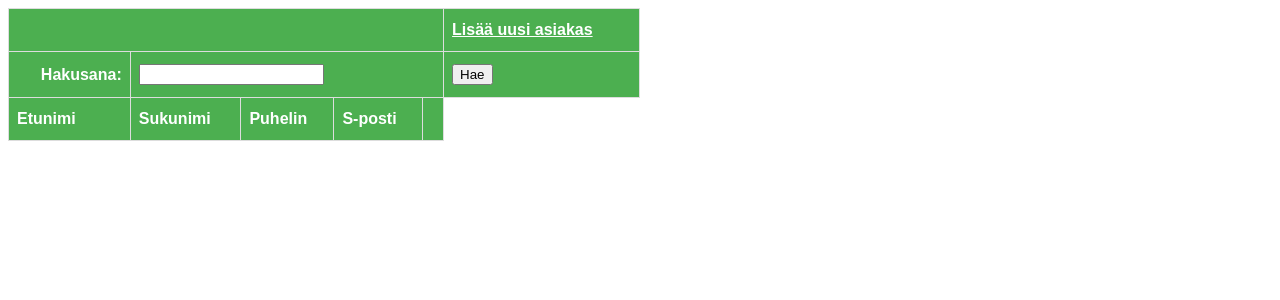
Repository: Lateh13/Asiakkaat
Page: http://localhost/Asiakkaat/listaaasiakkaat.jsp
The author's editor kept a copy of each file at every save. The page is drawn from the files as they stood at one save, then again after the next save.
The browser window is 1280 px wide. The pictures show the whole page.
The page is served by Tomcat 9. Queries for data that is not in the repository find no rows.

Above is the page before, as saved 2020-05-16 17:30:01.

After the next save:
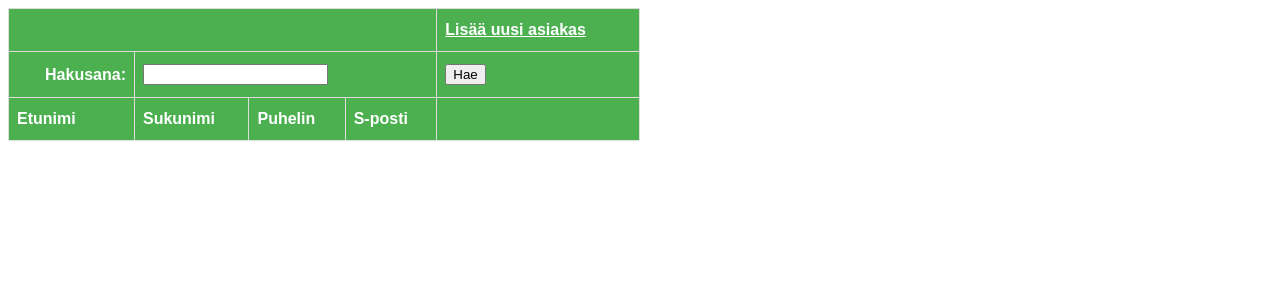
Saved 27 s later.
--- a/Asiakkaat/WebContent/listaaasiakkaat.jsp
+++ b/Asiakkaat/WebContent/listaaasiakkaat.jsp
@@ -12,12 +12,12 @@
 <table id="listaus">
 	<thead>
 		<tr>
-			<th colspan="5" id="ilmoitus"></th>
+			<th colspan="4" id="ilmoitus"></th>
 			<th><a id="uusiAsiakas" href="lisaaasiakas.jsp">Lisää uusi asiakas</a></th>
 		</tr>
 		<tr>
 			<th class="oikealle">Hakusana:</th>
-			<th colspan="4"><input type="text" id="hakusana"></th>
+			<th colspan="3"><input type="text" id="hakusana"></th>
 			<th><input type="button" value="Hae" id="hakunappi" onclick="haeAsiakkaat()"></th>
 		</tr>
   		<tr>
